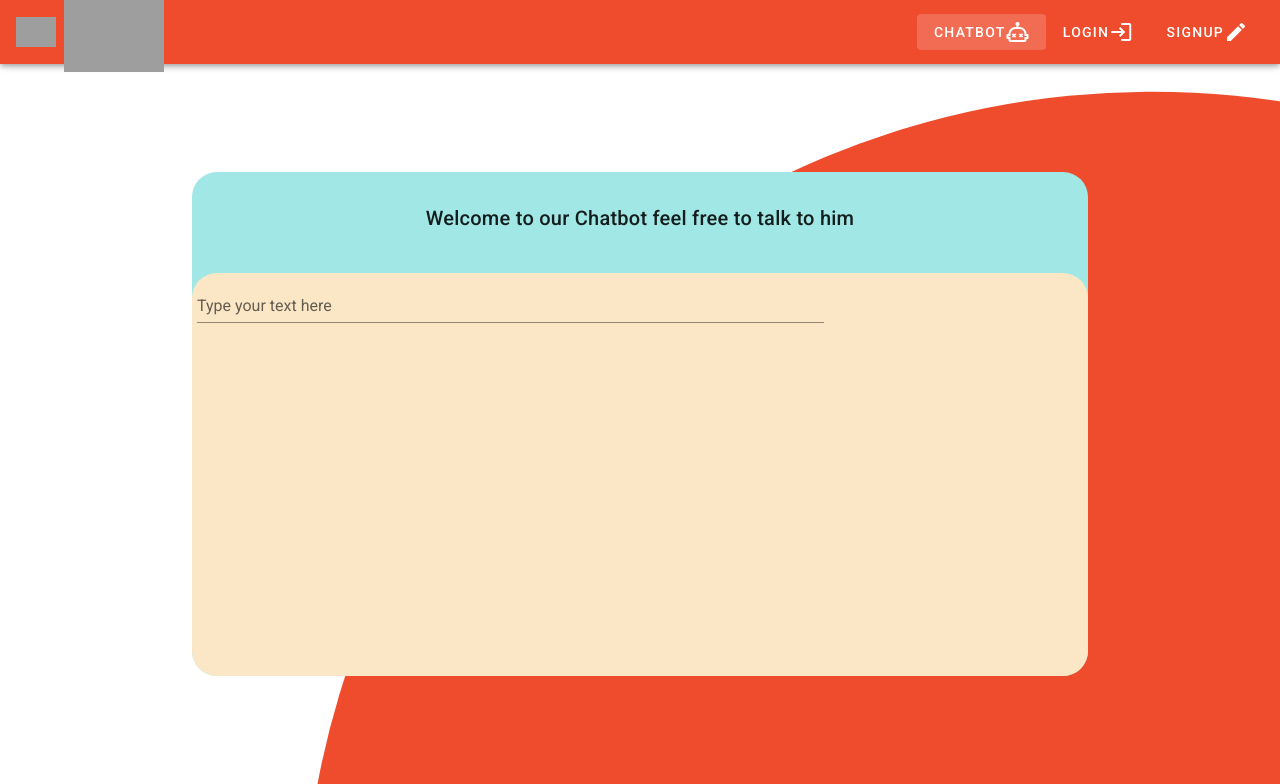
Repository: atout811/pyTorch-Hackathon
Page: /chatbot (app in frontend/)
An editor plug-in stored every save of this project. The page is shown before and after the next save, followed by the edit.
The browser window is 1280 px wide. The pictures show the whole page.
Pictures or frames that could not be fetched are drawn as grey boxes. The project was rebuilt for these pictures with package versions that can differ from the ones it lists, and the page was loaded fresh each time. Also part of the build but not shown: frontend/vue.config.js, frontend/src/views/Home.vue.

Above is the page before, as saved 2021-10-21 15:03:57.

After the next save:
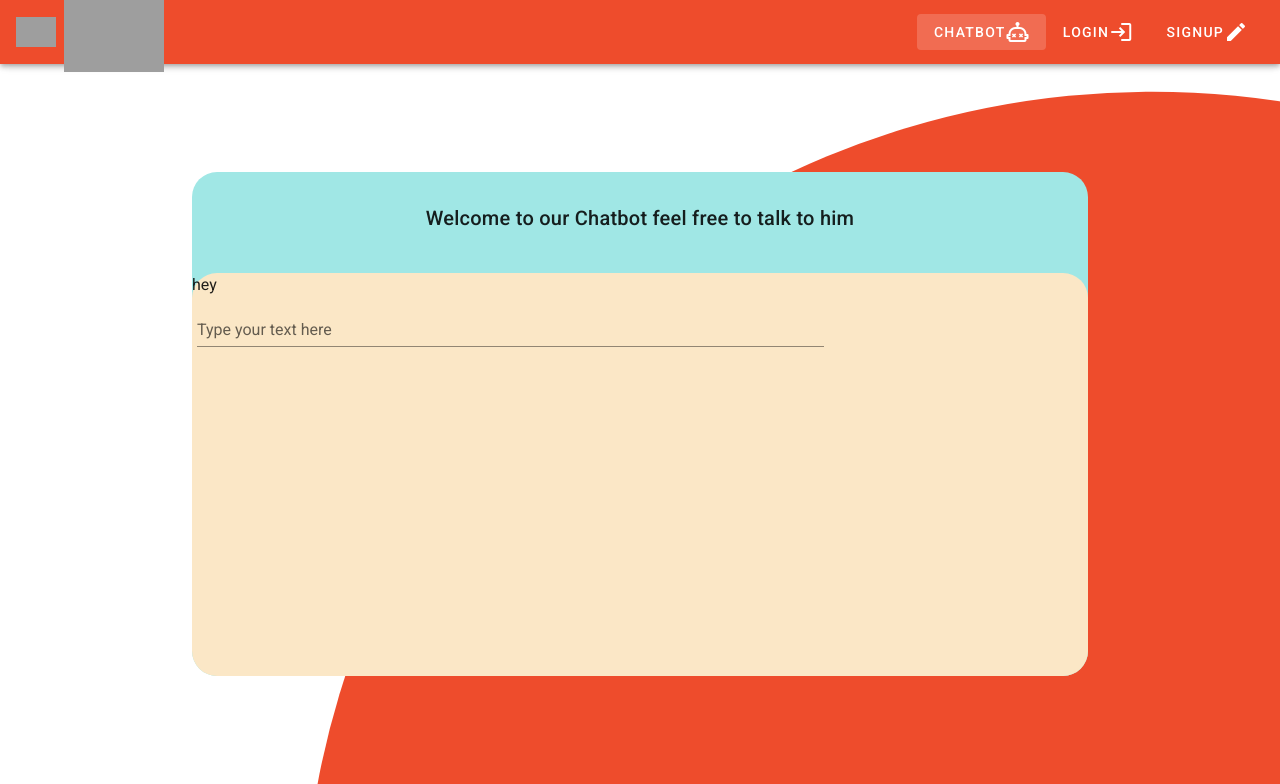
Saved 11 s later.
--- a/frontend/src/views/Chatbot.vue
+++ b/frontend/src/views/Chatbot.vue
@@ -3,7 +3,7 @@
     <div class="container">
       <h1 class="title">Welcome to our Chatbot feel free to talk to him</h1>
       <div class="chat-container">
-        <div class="messages"></div>
+        <div class="messages">hey</div>
         <v-text-field
           class="text-input"
           label="Type your text here"
